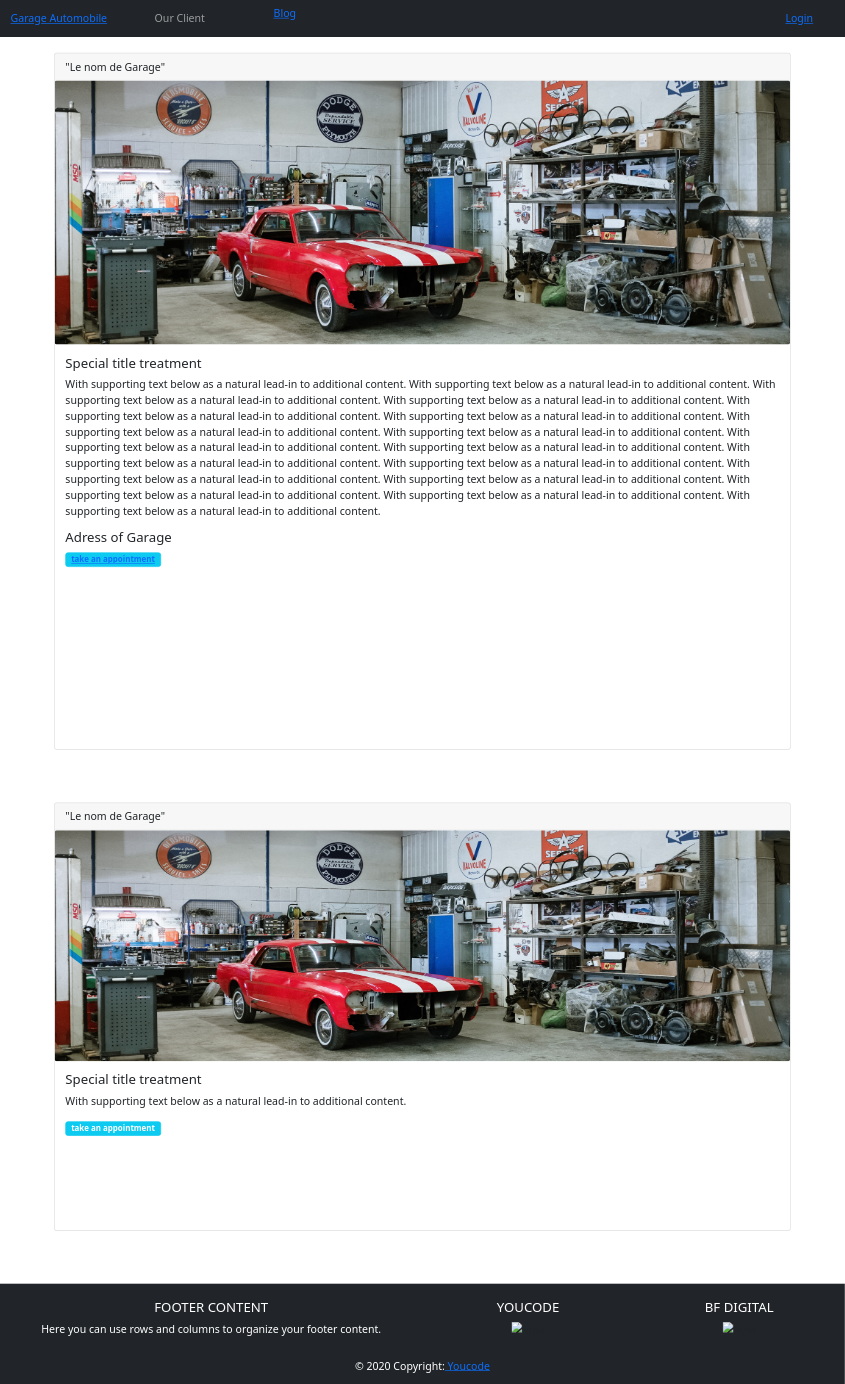
Repository: abdelhak-f/Fil-Rouge
Page: /Blog (app in client/)
These files come from the project's save history. The page is drawn as it stood at one moment and after the next save; the edit follows.
The browser window is 1280 px wide. The pictures show the whole page, at 66% of full size.
The project was rebuilt for these pictures with package versions that can differ from the ones it lists, and the page was loaded fresh each time. Also part of the build but not shown: client/src/components/Text.jsx, client/src/components/forms/FirstFrontForm.jsx, client/src/components/Body.jsx, client/src/components/forms/FormGarage.jsx, client/src/components/loged/login/Login.jsx, client/src/components/loged/register/Register.jsx.

Above is the page before, as saved 2021-09-10 17:42:07.

### client/public/index.html
<!DOCTYPE html>
<html lang="en">
  <head>
    <meta charset="utf-8" />
    <link rel="icon" href="%PUBLIC_URL%/favicon.ico" />
    <meta name="viewport" content="width=device-width, initial-scale=1" />
    <meta name="theme-color" content="#000000" />
    <meta
      name="description"
      content="Web site created using create-react-app"
    />
    <!--   import bootstrao  -->
    <link
  rel="stylesheet"
  href="https://cdn.jsdelivr.net/npm/bootstrap@5.1.0/dist/css/bootstrap.min.css"
  integrity="sha384-KyZXEAg3QhqLMpG8r+8fhAXLRk2vvoC2f3B09zVXn8CA5QIVfZOJ3BCsw2P0p/We"
  crossorigin="anonymous"
  />

    <link rel="apple-touch-icon" href="%PUBLIC_URL%/logo192.png" />
    <!--
      manifest.json provides metadata used when your web app is installed on a
      user's mobile device or desktop. See https://developers.google.com/web/fundamentals/web-app-manifest/
    -->
    <link rel="manifest" href="%PUBLIC_URL%/manifest.json" />
    <!--
      Notice the use of %PUBLIC_URL% in the tags above.
      It will be replaced with the URL of the `public` folder during the build.
      Only files inside the `public` folder can be referenced from the HTML.

      Unlike "/favicon.ico" or "favicon.ico", "%PUBLIC_URL%/favicon.ico" will
      work correctly both with client-side routing and a non-root public URL.
      Learn how to configure a non-root public URL by running `npm run build`.
    -->
    <title>React App</title>
  </head>
  <body>
    <noscript>You need to enable JavaScript to run this app.</noscript>
    <div id="root"></div>
    <!--
      This HTML file is a template.
      If you open it directly in the browser, you will see an empty page.

      You can add webfonts, meta tags, or analytics to this file.
      The build step will place the bundled scripts into the <body> tag.

      To begin the development, run `npm start` or `yarn start`.
      To create a production bundle, use `npm run build` or `yarn build`.
    -->
  </body>
</html>

### client/src/index.js
import React from 'react';
import ReactDOM from 'react-dom';
import './index.css';
import App from './App';
import reportWebVitals from './reportWebVitals';

// import bootstrap
import 'bootstrap/dist/css/bootstrap.min.css';

ReactDOM.render(
  <React.StrictMode>
    <App />
  </React.StrictMode>,
  document.getElementById('root')
);

// If you want to start measuring performance in your app, pass a function
// to log results (for example: reportWebVitals(console.log))
// or send to an analytics endpoint. Learn more: https://bit.ly/CRA-vitals
reportWebVitals();

### client/src/App.js
// import './App.css';
import React from 'react';

import Navbar from './components/Nnavbar';
import Body from './components/Body';
import Footer from './components/Footer';
import Blog from './components/Blog';
import FormGarage from './components/forms/FormGarage'
import Login from './components/loged/login/Login';
import Register from './components/loged/register/Register';

import { BrowserRouter as Router, Switch, Route } from 'react-router-dom';






function App() {
  return (


    <>
<Router>

     <Navbar />




    <Switch>
    <Route  path="/" exact component={Body} />
    <Route  path="/Blog" component={Blog} />
    <Route  path="/FormGarage" component={FormGarage} />
    <Route  path="/login" component={Login} />
    <Route  path="/register" component={Register} />
    </Switch>

    <Footer/>
</Router>
    </>

  );
}

export default App;

### client/src/components/Nnavbar.jsx
import React from 'react';
import { NavLink } from 'react-router-dom';

import * as ReactBootstrap from 'react-bootstrap';









function Navbar() {
    return(
      <>

            <ReactBootstrap.Navbar className="mb-5" collapseOnSelect expand="lg" bg="dark" variant="dark" fixed="top">

 <NavLink className="mx-3" to="/">Garage Automobile</NavLink>
 <ReactBootstrap.Navbar.Toggle aria-controls="responsive-navbar-nav" />
 <ReactBootstrap.Navbar.Collapse id="responsive-navbar-nav">
   <ReactBootstrap.Nav className="me-auto">
     <ReactBootstrap.Nav.Link className="mx-5" href="#features">Our Client</ReactBootstrap.Nav.Link>
     <NavLink  className="px-5" to="/blog">Blog</NavLink>
     {/* <ReactBootstrap.NavDropdown title="Dropdown" id="collasible-nav-dropdown">
       <ReactBootstrap.NavDropdown.Item href="#action/3.1">Action</ReactBootstrap.NavDropdown.Item>
       <ReactBootstrap.NavDropdown.Item href="#action/3.2">Another action</ReactBootstrap.NavDropdown.Item>
       <ReactBootstrap.NavDropdown.Item href="#action/3.3">Something</ReactBootstrap.NavDropdown.Item>
       <ReactBootstrap.NavDropdown.Divider />
       <ReactBootstrap.NavDropdown.Item href="#action/3.4">Separated link</ReactBootstrap.NavDropdown.Item>
     </ReactBootstrap.NavDropdown> */}
   </ReactBootstrap.Nav>
   <ReactBootstrap.Nav>
     <NavLink  className="px-5"  to="/login"> Login</NavLink>
     {/* <ReactBootstrap.Nav.Link eventKey={2} href="#memes">
       Admin
     </ReactBootstrap.Nav.Link> */}
   </ReactBootstrap.Nav>
 </ReactBootstrap.Navbar.Collapse>

</ReactBootstrap.Navbar>





</>

    )
}

export default Navbar ;

### client/src/components/Footer.jsx
import React from "react";


function Footer () {
    return(
<footer  className="pt-4 page-footer font-small blue bg-dark ">
    <div className="text-center container-fluid text-md-left ">
        <div className="row">
            <div className="mt-3 text-white col-md-6 mt-md-0">
                <h5 className=" text-uppercase">Footer Content</h5>
                <p >Here you can use rows and columns to organize your footer content.</p>
            </div>

            <hr className="clearfix pb-0 w-100 d-md-none"/>

            <div className="mb-3 col-md-3 mb-md-0">
                <h5 className="text-white text-uppercase">Youcode</h5>
                <img src="" alt="logo" width={300} /></div>

            <div className="mb-3 col-md-3 mb-md-0">
                <h5 className="text-white text-uppercase " >BF Digital</h5>
                <img src="" alt="logo" width={300} />
            </div>
        </div>
    </div>

    <div className="py-3 text-center text-white footer-copyright " >© 2020 Copyright:
        <a href="https://www.youcode.ma/"> Youcode</a>
    </div>

</footer>
)

}

export default Footer

### client/src/components/Blog.jsx
import React from 'react'
import './css/style.css';
// import { BrowserRouter as Router, Switch, Route } from 'react-router-dom';
import { NavLink } from 'react-router-dom';
import { Container, Card, Button, Col, Row } from 'react-bootstrap';
import image from '../images/image.jpg';
// import FormGarage from './forms/FormGarage'



function Blog() {
  return (
        <>
     <Container  className="Blog" >
         {/* first blog */}
         <Card >
           <Card.Header  >"Le nom de Garage"  </Card.Header>
            <Card.Img
            style={{ height: '400px', weiht: '500px' }}
             src={image} />
            <Card.Body>
            <Card.Title>Special title treatment</Card.Title>
            <Card.Text>
                 With supporting text below as a natural lead-in to additional content.
                 With supporting text below as a natural lead-in to additional content.
                 With supporting text below as a natural lead-in to additional content.
                 With supporting text below as a natural lead-in to additional content.
                 With supporting text below as a natural lead-in to additional content.
                 With supporting text below as a natural lead-in to additional content.
                 With supporting text below as a natural lead-in to additional content.
                 With supporting text below as a natural lead-in to additional content.
                 With supporting text below as a natural lead-in to additional content.
                 With supporting text below as a natural lead-in to additional content.
                 With supporting text below as a natural lead-in to additional content.
                 With supporting text below as a natural lead-in to additional content.
                 With supporting text below as a natural lead-in to additional content.
                 With supporting text below as a natural lead-in to additional content.
                 With supporting text below as a natural lead-in to additional content.
                 With supporting text below as a natural lead-in to additional content.
                 With supporting text below as a natural lead-in to additional content.
            </Card.Text>
            <Card.Title>Adress of Garage</Card.Title>
            <Button as='Col' className="badge" variant="info">
              <NavLink to="/FormGarage" >take an appointment</NavLink>
            </Button>

           </Card.Body>
        </Card>

        <Card className="Blog">
           <Card.Header  >"Le nom de Garage"  </Card.Header>
            <Card.Img
             style={{ height: '350px', weiht: '500px' }}
            src={image} />
            <Card.Body>
            <Card.Title>Special title treatment</Card.Title>
            <Card.Text>
                 With supporting text below as a natural lead-in to additional content.
            </Card.Text>

            <Row>
               <Col>
               <Button className="badge" variant="info">take an appointment</Button>
               </Col>
               <Col>
               {/* <>Special title treatment</> */}
               </Col>
            </Row>
           </Card.Body>
        </Card>

        {/* second blog */}

     </Container>




{/* <Router>
    <Switch>
     <Route  path="/" component={FormGarage} />
    </Switch>

</Router> */}

</>

  )

}

export default Blog

### client/src/components/css/style.css

.Blog {
    margin-top: 5rem;
    margin-bottom: 5rem;
  }
  .Login{
    margin-top: 5rem;
    margin-bottom: 5rem;
    margin-left: 25%;
    margin-right: 25%;
  }

  .form-inline {
      margin-top:  5%;
      width: 80%;
      height: 5%;
  }
  .btn{
      margin-bottom: 24%;
  }

Loaded but not shown: client/src/index.css (common file); client/src/reportWebVitals.js (common file)

After the next save:
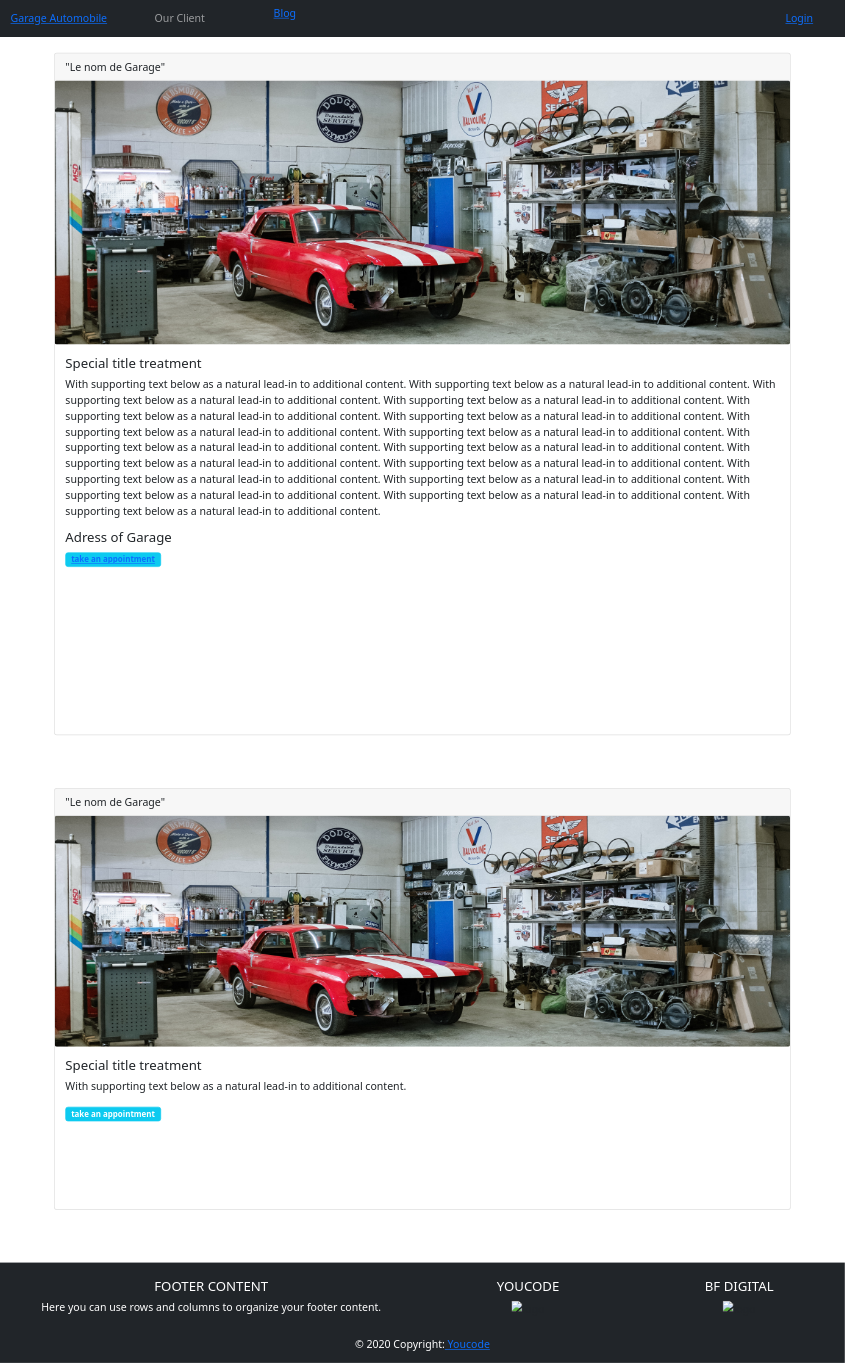
Saved 33 s later.
--- a/client/src/components/css/style.css
+++ b/client/src/components/css/style.css
@@ -16,5 +16,5 @@
       height: 5%;
   }
   .btn{
-      margin-bottom: 24%;
+      margin-bottom: 22%;
   }
